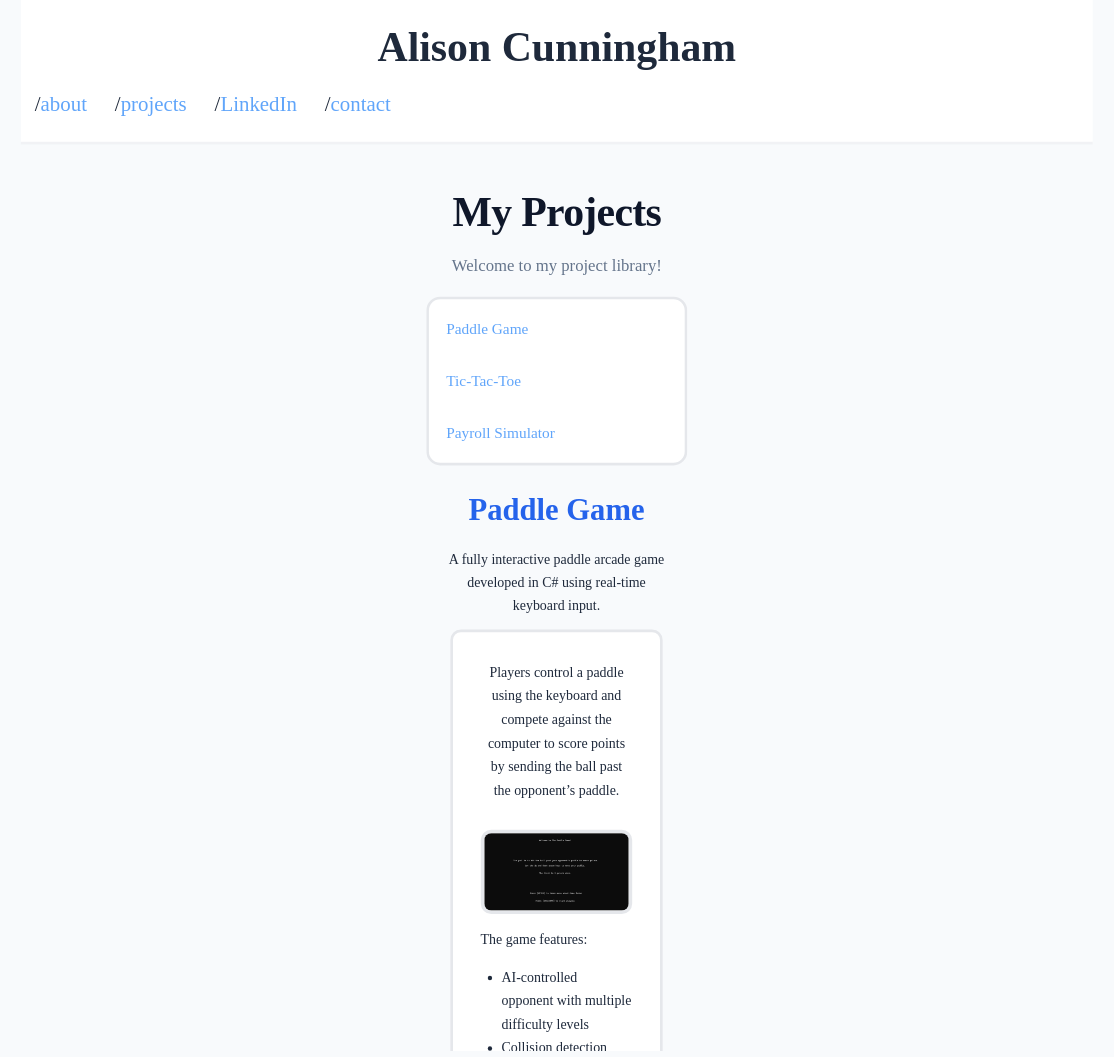
Repository: alison-cunningham/alison-cunningham
Page: pages/main-projects-page.html
An editor plug-in stored every save of this project. The page is shown before and after the next save, followed by the edit.
The browser window is 1280 px wide. The pictures show the whole page, at 87% of full size.
Some web fonts or font styles are not loaded; a fallback is used.

Above is the page before, as saved 2026-05-12 20:53:37.

### pages/main-projects-page.html
<!DOCTYPE html>
<html lang="en">
<head>
    <meta charset="UTF-8" />
    <title>Project - Paddle Game</title>
    <meta name="viewport" content="width=device-width, initial-scale=1.0">
    <link rel="stylesheet" href="../styles/pages.css"/>
    <link rel="stylesheet" href="../styles/globals.css"/>
</head>
<body>

    <header class="page-header">
        <h1>Alison Cunningham</h1>
        <div class="nav-bar">
            <a href="../index.html">/<span class="hover-text">about</span></a>
            <a href="./main-projects-page.html">/<span class="hover-text">projects</span></a>
            <a href="https://www.linkedin.com/in/alison-c-427578b5">/<span class="hover-text">LinkedIn</span></a>
            <a href="mailto:cunningham.alison.m@gmail.com">/<span class="hover-text">contact</span></a>
        </div>
    </header>

    <section class="project-card">
        <header class="main-header">
        <h2>My Projects</h2>
        <p>
            Welcome to my project library!
            <br>
        </p>
        </header>

        <div class="project-layout">
            <nav>
            <a href="./paddle-game.html" target="myframe">
            Paddle Game
            </a>
            <a href="./tic-tac-toe.html" target="myframe">
            Tic-Tac-Toe
            </a>
            <a href="./payroll-simulator.html" target="myframe">
            Payroll Simulator
            </a>
            </nav>

            <section class="mainview">
                <iframe src="./paddle-game.html" name="myframe"></iframe>
            </section>
        </div>

    </section>

</body>


</html>

### styles/pages.css
body{
    display: flex;
    flex-direction: column;
    align-items: center;

    margin: 0 auto;
    padding: 0 1.5rem;

}

.main-header{
    display: grid;
    text-align: center;

    font-size: 1.2rem;
}

.main-header h2{
    font-size: 3rem;

    margin-bottom: 0.5rem;

    color: #0f172a;
    letter-spacing: -0.05rem;
}

.main-header p{
    margin-top: 0;

    font-size: 1.2rem;
    color: #64748b;
}

.project-header{
    display: grid;
    justify-content: center;
    text-align: center;

}

.project-header h1{
    margin-bottom: 0;

    font-size: 2.2rem;

    color: #2563eb;
}

nav{
    width: 100%;
    margin: 1rem auto;
    padding: .75rem;

    background-color: #ffffff;
    border: .2rem solid #e5e7eb;
    border-radius: 1rem;

    display: flex;
    justify-content: center;
    gap: 1rem;
    flex-wrap: wrap;

}

nav a{

    color: #60a5fa;
    padding: .5rem .5rem;
    border-radius: .75rem;

    font-size: 1.1rem;

    transition:
        background-color 0.3s ease,
        color 0.3s ease,
        transform 0.3s ease;
}

nav a:hover{
    background-color: #34d399;
    color: white;
}

img{
    display: block;
    max-width: 100%;
    margin: 1rem auto;
    border: .3rem solid #e5e7eb;
    border-radius: .75rem;

    transition: transform 0.3s ease;
}

img:hover{
    transform: scale(1.09);
}

.project-description{
    max-width: 97%;

    margin: 0 auto 2rem;
    padding: 2rem;

    background-color: #ffffff;
    border: .2rem solid #e5e7eb;
    border-radius: .75rem;

    line-height: 1.7;
}

.project-description ul{
    margin-top: 1rem;
    margin-bottom: 1rem;
    padding-left: 1.5rem;
}

.project-link{
    display: block;
    width: fit-content;

    margin: 0 auto 3rem;
    padding: .75rem;

    background-color: #60a5fa;
    color: white;

    text-decoration: none;

    border-radius: .5rem;

    transition: background-color 0.3s ease;
    transition: transform 0.2s ease;
}

.project-link:hover{
    background-color: #34d399;
}

summary{
    text-align: center;
    margin-bottom: 2rem;
}

.learned{
    line-height: 2rem;
    background-color: #e5e7eb;
    padding: 0.3rem 1.5rem 1rem;
    margin: 0.2rem;
    border-radius: 0.75rem;
}

.payroll-breakdown{
    line-height: 1.4rem;
}

iframe{
    width: 100%;
    min-height: 80vh;
    border: 0;
}

@media (min-width: 768px){

    .project-layout{
        display: flex;
        flex-direction: column;
        gap: 1.5rem;
    }

}

@media (min-width: 1000px){

    .projects-layout{
        display: grid;
        grid-template-columns: 16rem 1fr;
        align-items: start;

        gap: 2rem;
        width: 100%;
    }

    nav{
        position: sticky;
        top: 2rem;

        display: flex;
        flex-direction: column;

        width: 100%;
        margin: 0;
    }

    nav a{
        width: 100%;
        text-align: left;
    }

    iframe{
        min-height: 90vh;
    }
}

### styles/globals.css
@font-face{
    font-family: 'Radio-Canada';
    src: url('../assets/fonts/Radio_Canada/RadioCanada-VariableFont_wdth\,wght.ttf')
}

*{
    box-sizing: border-box;
}

body{
    font-family: 'Radio-Canada';

    background-color: #f8fafc;
    color: #1e293b;

    line-height: 1.6;
    font-size: 1rem;

    margin: 0;
    overflow-x: hidden;
}


a{
    text-decoration: none;
    color: inherit;
}

h3{
    font-size: 1.4rem;
    margin-bottom: 1rem;
    color: #0f172a;
}

.page-header{

    font-size: 1.3rem;
    width: 100%;
    padding: 1rem 0;

    background-color: #ffffff;
    border-bottom: .2rem solid #e5e7eb85;

    display: flex;
    flex-direction: column;
    align-items: center;
    justify-content: center;
    text-align: center;


}

header h1{
    font-size: 3rem;
    margin: 0;
}

.nav-bar{
    display: flex;
    gap: 2rem;

    width: 100%;
    max-width: 100%;

    overflow-x: auto;

    padding: 0.5rem 1rem;
    margin: 0;

    font-size: 1.5rem;
}

.nav-bar::-webkit-scrollbar{
    height: 0.45rem;
}

.nav-bar::-webkit-scrollbar-track{
    background: #e5e7eb;
    border-radius: 999rem;
}

.nav-bar::-webkit-scrollbar-thumb{
    background: #34d399;
    border-radius: 999rem;
}

.hover-text{
    color: #60a5fa;
    position: relative;
}

.hover-text:hover{
    color: #34d399;
}

.hover-text::after{
    content:"";
    position: absolute;
    left: 0;
    bottom: -2px;

    width: 0%;
    height: 2px;
    background: #34d399;
    transition: width 0.6s ease;

}

.hover-text:hover::after {
    width: 100%;
}

### pages/paddle-game.html
<!DOCTYPE html>
<html lang="en">
<head>
    <meta charset="UTF-8" />
    <title>Project - Paddle Game</title>
    <meta name="viewport" content="width=device-width, initial-scale=1.0">
    <link rel="stylesheet" href="../styles/globals.css"/>
    <link rel="stylesheet" href="../styles/pages.css">
</head>
<body>
    <header class="project-header">
        <h1>Paddle Game</h1>
        <p>
            A fully interactive paddle arcade game developed in C# using real-time keyboard input.
        </p>
    </header>

    <section class="project-description">
        <summary>
            Players control a paddle using the keyboard and compete against the computer to score points by sending the ball past the opponent’s paddle.
        </summary>

        <img src="../assets/images/paddle-game-screenshot-2.png" alt="Screenshot from Paddle Game gameplay">

        The game features:
        <ul>
            <li>AI-controlled opponent with multiple difficulty levels</li>
            <li>Collision detection</li>
            <li>Score tracking</li>
            <li>Randomized gameplay modifiers that change the mechanics after each round</li>
        </ul>


        To make gameplay more dynamic and unpredictable, special game modes such as Ghost Ball, Fast Ball, Curve Ball, Drunk Paddle, and Small Paddle are randomly activated throughout the match.
    </section>

    <section class="learned">

        <h3>What I learned:</h3>
        <p>This project introduced and strengthened my understanding of core game development concepts including game loops, object movement, simple AI behavior, collision handling, frame synchronization, and state management within a console application environment.</p>

    </section>

    <br>

    <a class="project-link"
        href="https://github.com/alison-cunningham/PaddleGame-2D-Collision-Simulation.git"
        target="_blank">
        View GitHub Repo
    </a>

</body>

</html>

After the next save:
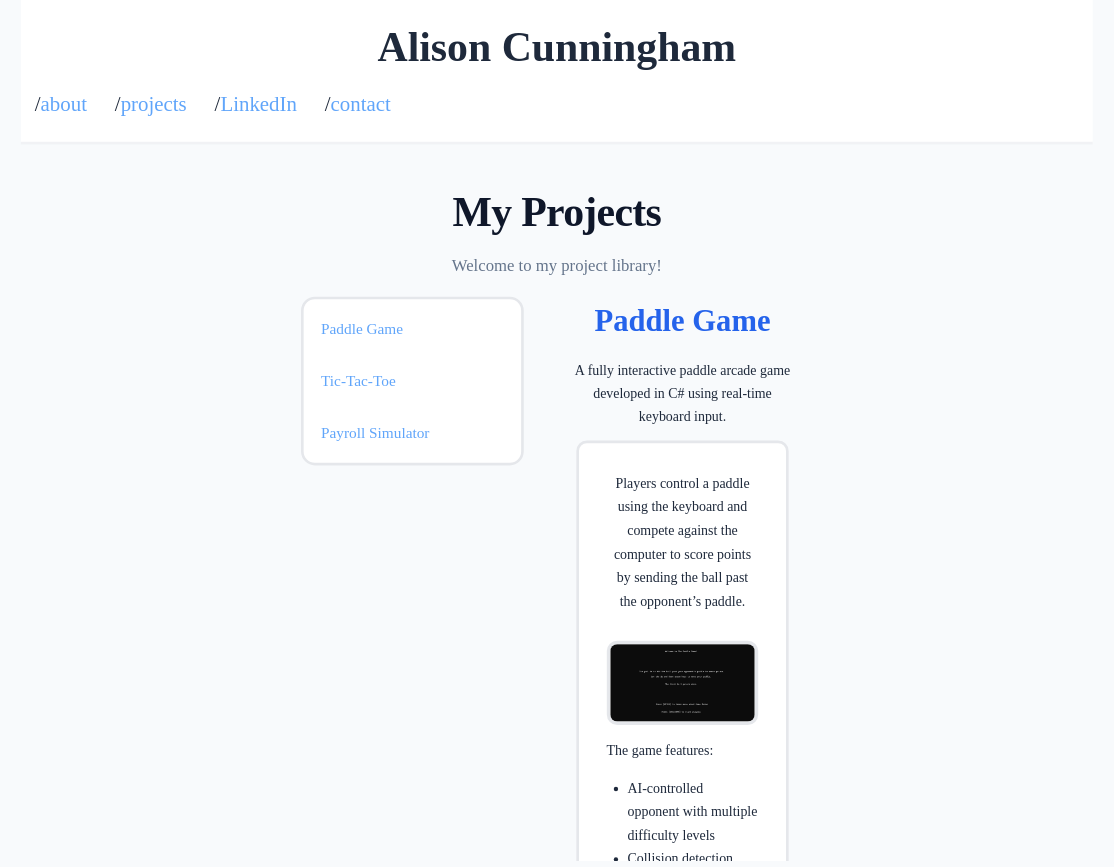
Saved 10 min 54 s later.
--- a/styles/pages.css
+++ b/styles/pages.css
@@ -171,7 +171,7 @@ iframe{
 
 @media (min-width: 1000px){
 
-    .projects-layout{
+    .project-layout{
         display: grid;
         grid-template-columns: 16rem 1fr;
         align-items: start;
